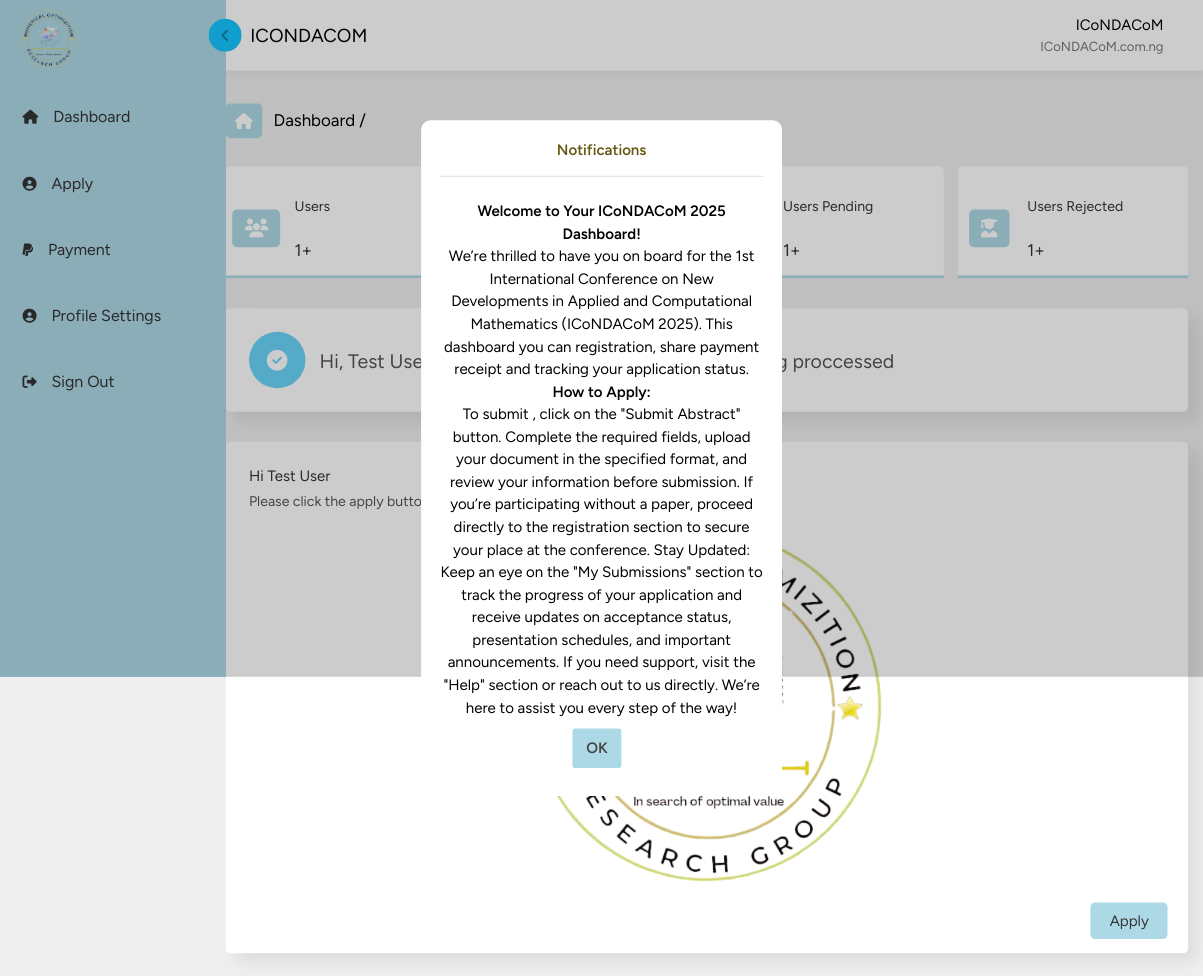
Repository: mrcode-gmb/aa-lectturn
Page: http://localhost/dashboard
The author's editor kept a copy of each file at every save. The page is drawn from the files as they stood at one save, then again after the next save.
The browser window is 1280 px wide. The pictures show the whole page, at 94% of full size.
The page is served by the project's Laravel application, run on PHP 8.4 with Laravel 10. A made-up administrator, Test User (test@example.com), is signed in. Other server files are loaded and not shown. Queries for data that is not in the repository find no rows.

Above is the page before, as saved 2025-02-07 10:26:58.

### routes/web.php
<?php

use App\Models\User;
use Illuminate\Support\Facades\Mail;
use Illuminate\Support\Facades\Route;
use App\Http\Controllers\ProfileController;
use App\Http\Controllers\ApplyCompetationController;

/*
|--------------------------------------------------------------------------
| Web Routes
|--------------------------------------------------------------------------
|
| Here is where you can register web routes for your application. These
| routes are loaded by the RouteServiceProvider and all of them will
| be assigned to the "web" middleware group. Make something great!
|
*/

Route::get('/', function () {
    return view('welcome');
});

Route::get('/dashboard', function () {
    return view('dashboard',
    [
        "allUsers" => User::where("role",2)->count(),
        "allPendingUsers" => User::where("status",1)->count(),
        "allApprovedUsers" => User::where("status",2)->count(),
        "allRejectedUsers" => User::where("status",3)->count(),
    ]);
})->middleware(['auth', 'verified'])->name('dashboard');

Route::middleware('auth')->group(function () {
    Route::get('/profile', [ProfileController::class, 'edit'])->name('profile.edit');
    Route::patch('/profile', [ProfileController::class, 'update'])->name('profile.update');
    Route::delete('/profile', [ProfileController::class, 'destroy'])->name('profile.destroy');

    Route::controller(ApplyCompetationController::class)->group(function () {
        Route::get("/apply", "index")->name("apply");
        Route::get("/users/applied", "showAppliedUsers")->name("apply.showAppliedUsers");
        Route::get("/users/payment/histories", "showPaymentHistories")->name("apply.showPaymentHistories");
        Route::get("/users/all", "showAlldUsers")->name("all.showAppliedUsers");
        Route::post("apply/store", "store")->name("apply.store");
        Route::post("apply/update", "update")->name("apply.update");
        Route::post("apply/payment-status", "paymentStatus")->name("apply.paymentStatus");
        Route::get("/payment/user", "userPayment")->name("userPayment");
        Route::post("/payment/payment", "userPaymentPayment")->name("userPaymentPayment");
    });
});

require __DIR__ . '/auth.php';

### app/Models/User.php
<?php

namespace App\Models;

// use Illuminate\Contracts\Auth\MustVerifyEmail;
use Illuminate\Database\Eloquent\Factories\HasFactory;
use Illuminate\Foundation\Auth\User as Authenticatable;
use Illuminate\Notifications\Notifiable;
use Laravel\Sanctum\HasApiTokens;

class User extends Authenticatable
{
    use HasApiTokens, HasFactory, Notifiable;

    /**
     * The attributes that are mass assignable.
     *
     * @var array<int, string>
     */
    protected $fillable = [
        'name',
        'email',
        "status",
        'password',
    ];

    /**
     * The attributes that should be hidden for serialization.
     *
     * @var array<int, string>
     */
    protected $hidden = [
        'password',
        'remember_token',
    ];

    /**
     * The attributes that should be cast.
     *
     * @var array<string, string>
     */
    protected $casts = [
        'email_verified_at' => 'datetime',
        'password' => 'hashed',
    ];

    public function userApplied()
    {
        return $this->hasOne(ApplyCompetation::class);
    }
    public function payment()
    {
        return $this->hasOne(Payment::class);
    }
}

### resources/views/dashboard.blade.php
<x-app-layout>
    <div>
        <section id="mainbody">
            <div class="main-body">
                <div class="str">
                    <div class="str-home">
                        <i class="fa fa-home"></i>
                        <div class="db">
                            <h4>Dashboard / &nbsp;</h4>
                            <p></p>
                        </div>
                    </div>
                </div>
                <div>
                    <div class="tabs" id="tabls">
                        <div class="">
                            <div class="container-fluiding">
                                <div class="col-md-3">
                                    <div class="icon-flex">
                                        <div class="left">
                                            <i class="fa fa-users"></i>
                                        </div>
                                        <div class="right">
                                            <h4>Users</h4>
                                            <p class="percent" id="percent">0%</p>
                                        </div>
                                    </div>
                                    <div class="loader">
                                        <div class="shows" id="shows"></div>
                                    </div>
                                </div>
                                <div class="col-md-3">
                                    <div class="icon-flex">
                                        <div class="left">
                                            <i class="fa fa-hand-point-right"></i>
                                        </div>
                                        <div class="right">
                                            <h4>Users Approved</h4>
                                            <p class="percent" id="percent1">0%</p>
                                        </div>
                                    </div>
                                    <div class="loader">
                                        <div class="shows" id="shows1"></div>
                                    </div>
                                </div>
                                <div class="col-md-3">
                                    <div class="icon-flex">
                                        <div class="left">
                                            <i class="fa fa-money-check-alt"></i>
                                        </div>
                                        <div class="right">
                                            <h4>Users Pending</h4>
                                            <p class="percent" id="percent2">0%</p>
                                        </div>
                                    </div>
                                    <div class="loader">
                                        <div class="shows" id="shows2"></div>
                                    </div>
                                </div>
                                <div class="col-md-3">
                                    <div class="icon-flex">
                                        <div class="left">
                                            <i class="fa fa-user-graduate"></i>
                                        </div>
                                        <div class="right">
                                            <h4>Users Rejected</h4>
                                            <p class="percent" id="percent3">0%</p>
                                        </div>
                                    </div>
                                    <div class="loader">
                                        <div class="shows" id="shows3"></div>
                                    </div>
                                </div>
                            </div>
                        </div>
                        <x-auth-session-status class="mb-4" :status="session('status')" />
                        @if (Auth::user()->status != 0)
                            @if (Auth::user()->status == 1)
                                <div class="full-chart">
                                    <div class="chart-title flex-class">
                                        <div class="circle-pending">
                                            <i class="fa fa-check-circle"></i>
                                        </div>
                                        <div class="circle-text">
                                            <p>Hi, {{ Auth::user()->name }}, Congratulation your application is being
                                                proccessed </p>
                                        </div>
                                    </div>
                                </div>
                            @elseif (Auth::user()->status == 2)
                                <div class="full-chart">
                                    <div class="chart-title flex-class">
                                        <div class="circle-success">
                                            <i class="fa fa-check-circle"></i>
                                        </div>
                                        <div class="circle-text">
                                            <p>Hi, {{ Auth::user()->name }}, Congratulation your application has been
                                                approved.
                                            </p>
                                        </div>
                                    </div>
                                </div>
                            @elseif (Auth::user()->status == 3)
                                <div class="full-chart">
                                    <div class="chart-title flex-class">
                                        <div class="circle-rejected">
                                            <i class="fa fa-check-circle"></i>
                                        </div>
                                        <div class="circle-text">
                                            <p>Hi, {{ Auth::user()->name }}, Sorry your application cannot be
                                                considered.
                                            </p>
                                        </div>
                                    </div>
                                </div>
                            @else
                            @endif
                        @endif
                    </div>
                </div>

                @if (Auth::user()->role == 1)
                    <div>
                        <div class="tabs" id="tabls">
                            <div class="full-chart">
                                <div class="chart-title">
                                    <h3>Hi {{ Auth::user()->name }} (Super Admin)</h3>
                                    <p>Please click the manage users button to view, approved, or reject user who apply
                                    </p>
                                </div>
                                <div class="dont-have">
                                    <img src="{{ asset('asset/photos/WhatsApp_Image_2024-10-23_at_8.20.45_PM-removebg-preview.png') }}"
                                        alt="">
                                </div>
                                <div class="create-app">
                                    <a href="apply">
                                        Manage Users
                                    </a>
                                </div>
                            </div>
                            <br>
                        </div>
                    </div>
                @else
                    <div>
                        <div class="tabs" id="tabls">
                            <div class="full-chart">
                                <div class="chart-title">
                                    <h3>Hi {{ Auth::user()->name }}</h3>
                                    <p>Please click the apply button to apply</p>
                                </div>
                                <div class="dont-have">
                                    <img src="{{ asset('asset/photos/WhatsApp_Image_2024-10-23_at_8.20.45_PM-removebg-preview.png') }}"
                                        alt="">
                                </div>
                                <div class="create-app">
                                    <a href="apply">
                                        Apply
                                    </a>
                                </div>
                            </div>
                            <br>
                        </div>
                    </div>
                @endif
                <!-- end design dashboard content  -->
            </div>
        </section>
    </div>
    <div class="modal d-nones text-center font-bold" id="modal">
        <div class="modal-dialog">
            <div class="modal-head">
                <p><b>Notifications</b> </p>
            </div>
            <form class="modal-body">
                <p>
                    <b>Welcome to Your ICoNDACoM 2025 Dashboard!</b> <br>
We’re thrilled to have you on board for the 1st International Conference on New Developments in Applied and Computational Mathematics (ICoNDACoM 2025). This dashboard you can registration, share payment receipt and tracking your application status.
<br>
<b>How to Apply:</b> <br>
To submit , click on the "Submit Abstract" button. Complete the required fields, upload your document in the specified format, and review your information before submission. If you’re participating without a paper, proceed directly to the registration section to secure your place at the conference.

Stay Updated:
Keep an eye on the "My Submissions" section to track the progress of your application and receive updates on acceptance status, presentation schedules, and important announcements. If you need support, visit the "Help" section or reach out to us directly. We’re here to assist you every step of the way!


                </p>
                <div class="modal-footer text-center">
                    <button type="button" onclick="modalDismiss()">OK</button>
                </div>
            </form>
        </div>
    </div>
    <script>
        const modalDismiss = ()=>{
            document.querySelector("#modal").style.display = "none";
        }
        window.onclick = (e)=>{
            const modal = document.getElementById("modal")
            if(e.target == modal){
                document.querySelector("#modal").style.display = "none";
            }
        }
        window.onload = () => {
            let loader = document.querySelector(".shows"),
                percent = document.querySelector("#percent");

            let loaderStart = 0,
                loaderEnd = {{ $allUsers < 1 ? 1 : $allUsers }},
                loaderTime = 60;

            let start = setInterval(() => {
                loaderStart++;

                percent.textContent = loaderStart + '+';
                loader.style.width = `${loaderStart}`;
                loader.style.background = `rgb(173, 216, 230)`;


                if (loaderStart == loaderEnd) {
                    clearInterval(start);
                }
            }, loaderTime);


            let loader1 = document.querySelector("#shows1"),
                percent1 = document.querySelector("#percent1");

            let loaderStart1 = 0,
                loaderEnd1 = {{ $allApprovedUsers < 1 ? 1 : $allApprovedUsers }},
                loaderTime1 = 60;

            let start1 = setInterval(() => {
                loaderStart1++;

                percent1.textContent = loaderStart1 + '+';
                loader1.style.width = `${loaderStart1}`;
                loader1.style.background = `rgb(173, 216, 230)`;


                if (loaderStart1 == loaderEnd1) {
                    clearInterval(start1);
                }
            }, loaderTime1);




            let loader2 = document.querySelector("#shows2"),
                percent2 = document.querySelector("#percent2");

            let loaderStart2 = 0,
                loaderEnd2 = {{ $allPendingUsers < 1 ? 1 : $allPendingUsers }},
                loaderTime2 = 60;

            let start2 = setInterval(() => {
                loaderStart2++;

                percent2.textContent = loaderStart2 + '+';
                loader2.style.width = `${loaderStart2}`;
                loader2.style.background = `rgb(173, 216, 230)`;


                if (loaderStart2 == loaderEnd2) {
                    clearInterval(start2);
                }
            }, loaderTime2);


            let loader3 = document.querySelector("#shows3"),
                percent3 = document.querySelector("#percent3");

            let loaderStart3 = 0,
                loaderEnd3 = {{ $allRejectedUsers < 1 ? 1 : $allRejectedUsers }},
                loaderTime3 = 60;

            let start3 = setInterval(() => {
                loaderStart3++;

                percent3.textContent = loaderStart3 + '+';
                loader3.style.width = `${loaderStart3}`;
                loader3.style.background = `rgb(173, 216, 230)`;


                if (loaderStart3 == loaderEnd3) {
                    clearInterval(start3);
                }
            }, loaderTime3);

        }
    </script>
</x-app-layout>

### resources/views/components/auth-session-status.blade.php
@props(['status'])

@if ($status)
    <div {{ $attributes->merge(['class' => 'font-medium text-sm text-green-600 dark:text-green-400 alert-success']) }}>
        <i class="fa fa-check-circle"></i>&nbsp;{{ $status }}
    </div>
@endif

Loaded but not shown: routes/auth.php (common file); app/Http/Controllers/Auth/EmailVerificationPromptController.php (common file); app/Http/Controllers/Controller.php (common file); app/Http/Controllers/Auth/VerifyEmailController.php (common file); app/View/Components/AppLayout.php (common file); public/asset/fontawesome-free/css/all.min.css (library); public/asset/fontawesome-free/css/all.css (library); public/asset/styles.css (1619 lines, source omitted); public/asset/form.css (503 lines, source omitted); resources/views/layouts/app.blade.php (123 lines, source omitted); resources/views/layouts/navigation.blade.php (128 lines, source omitted)

After the next save:
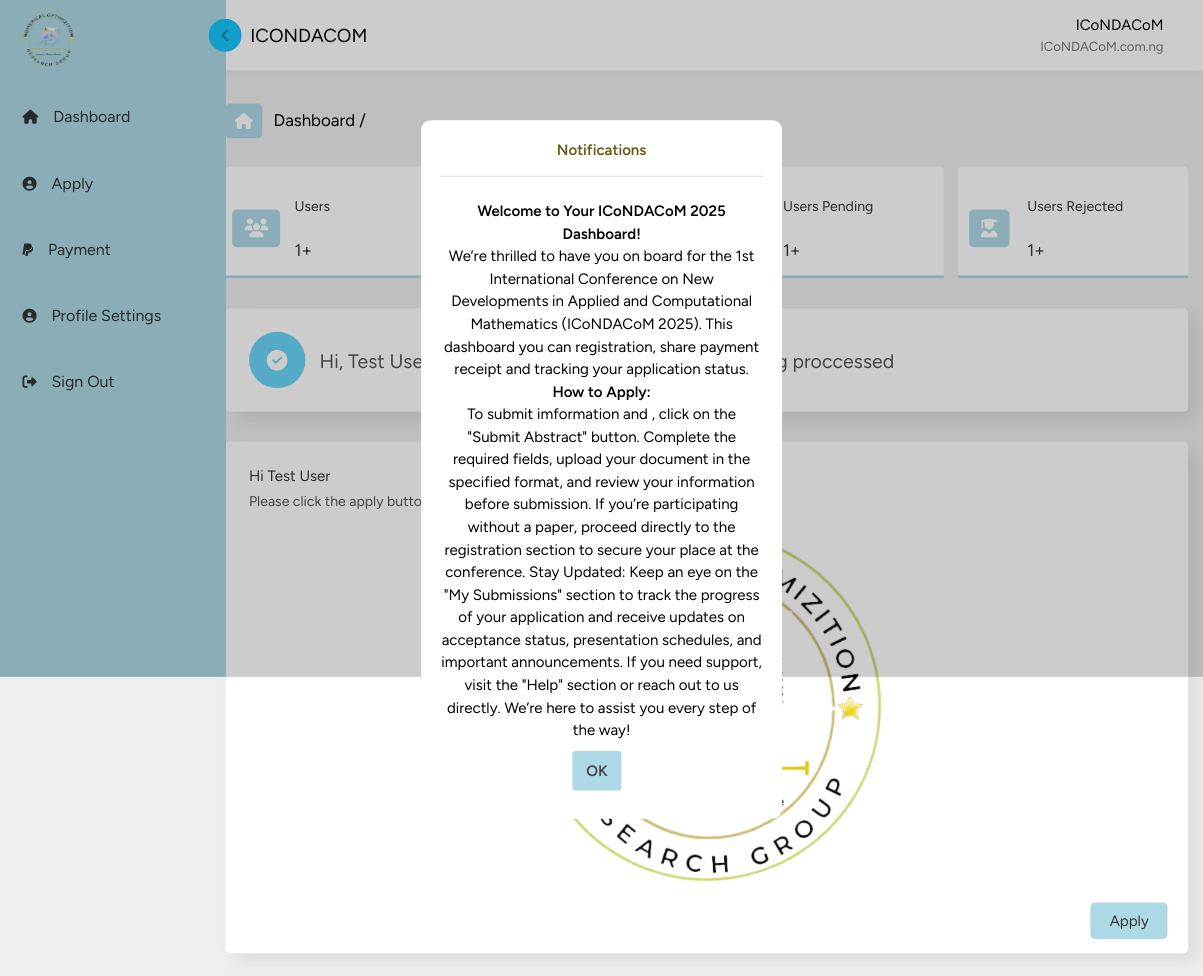
Saved 8 s later.
--- a/resources/views/dashboard.blade.php
+++ b/resources/views/dashboard.blade.php
@@ -178,7 +178,7 @@
 We’re thrilled to have you on board for the 1st International Conference on New Developments in Applied and Computational Mathematics (ICoNDACoM 2025). This dashboard you can registration, share payment receipt and tracking your application status.
 <br>
 <b>How to Apply:</b> <br>
-To submit , click on the "Submit Abstract" button. Complete the required fields, upload your document in the specified format, and review your information before submission. If you’re participating without a paper, proceed directly to the registration section to secure your place at the conference.
+To submit imformation and , click on the "Submit Abstract" button. Complete the required fields, upload your document in the specified format, and review your information before submission. If you’re participating without a paper, proceed directly to the registration section to secure your place at the conference.
 
 Stay Updated:
 Keep an eye on the "My Submissions" section to track the progress of your application and receive updates on acceptance status, presentation schedules, and important announcements. If you need support, visit the "Help" section or reach out to us directly. We’re here to assist you every step of the way!
